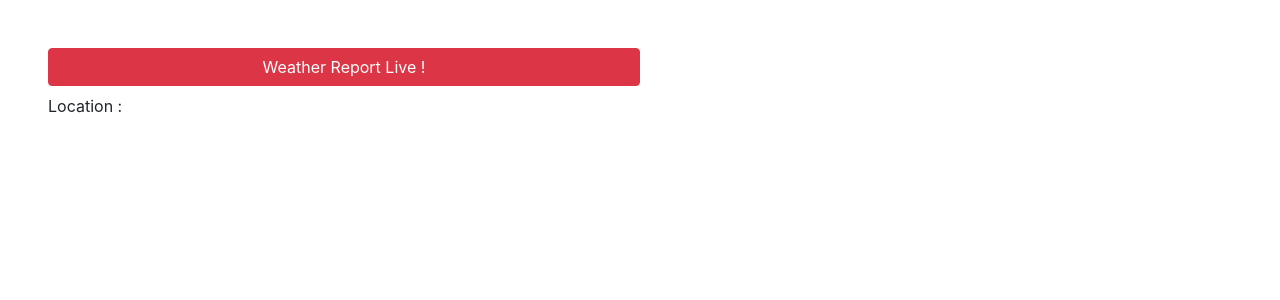
Repository: Code-Institute-Submissions/projectchen88-weatherForecast
Page: index.html
The author's editor kept a record of every edit. The page is drawn from the files as they stood at one moment, then again after the next edit.
The browser window is 1280 px wide. The pictures show the whole page.
The page's requests for data from a server got no answer.

Above is the page before.
Console error (its wording comes from the project's code and is left out).

### index.html
<!doctype html>
<html lang="en">

<head>
    <!-- Required meta tags -->
    <meta charset="utf-8">
    <meta name="viewport" content="width=device-width, initial-scale=1, shrink-to-fit=no">
    <!--AXIOS link-->
    <script src="https://unpkg.com/axios/dist/axios.min.js"></script>
    <!-- Bootstrap CSS -->
    <link rel="stylesheet" href="https://stackpath.bootstrapcdn.com/bootstrap/4.4.1/css/bootstrap.min.css" integrity="sha384-Vkoo8x4CGsO3+Hhxv8T/Q5PaXtkKtu6ug5TOeNV6gBiFeWPGFN9MuhOf23Q9Ifjh" crossorigin="anonymous">
   <!--Custom CSS-->
    <link rel="stylesheet" href="styles/style.css" type="text/css" />
    <title>Hello, world!</title>
</head>

<body>
    <main class='container-fluid p-5'>
        <div class="mx-auto">
        <h1 class='btn btn-danger w-50'> Weather Report Live ! </h1>

        <div>Location : <span id='location'></span></div>


        </div>
    </main>


    <!-- Optional JavaScript -->
    <!-- jQuery first, then Popper.js, then Bootstrap JS -->
    <script src="https://code.jquery.com/jquery-3.4.1.js" integrity="sha256-WpOohJOqMqqyKL9FccASB9O0KwACQJpFTUBLTYOVvVU=" crossorigin="anonymous"></script>
    <script src="https://cdn.jsdelivr.net/npm/popper.js@1.16.0/dist/umd/popper.min.js" integrity="sha384-Q6E9RHvbIyZFJoft+2mJbHaEWldlvI9IOYy5n3zV9zzTtmI3UksdQRVvoxMfooAo" crossorigin="anonymous"></script>
    <script src="https://stackpath.bootstrapcdn.com/bootstrap/4.4.1/js/bootstrap.min.js" integrity="sha384-wfSDF2E50Y2D1uUdj0O3uMBJnjuUD4Ih7YwaYd1iqfktj0Uod8GCExl3Og8ifwB6" crossorigin="anonymous"></script>
    <!--Custom JS script-->
    <script type="text/javascript" src="scripts/script.js"></script>
</body>

</html>

### scripts/script.js
/*  global $ axios */

var source1 = "https://api.data.gov.sg/v1/environment/2-hour-weather-forecast"
var source2 = "https://api.data.gov.sg/v1/environment/4-day-weather-forecast"
var forecastData =[]
var tempData =[]
var option =[]
var status


//AXIO TO GET DATA FROM JSON FILE (local)
function getForecast(callback) {
  axios.get(source1)
    .then(function(response) {
      let result = response.data;
      console.log(result)
      callback(result)
    })
}
function getTemp(callback) {
  axios.get(source2)
    .then(function(response) {
      let result = response.data.items[0].forecasts;
      console.log(result)
      callback(result)
    })
}
function displayDailyForecast( day ) {
  document.getElementById("forecast-title").innerHTML="Weather Forecast for date : " +tempData[day].date
  document.getElementById("forecast").innerHTML=tempData[day].forecast
  document.getElementById("humidity-high").innerHTML=tempData[day].relative_humidity.high
  document.getElementById("humidity-low").innerHTML=tempData[day].relative_humidity.low
  document.getElementById("temperature-high").innerHTML=tempData[day].temperature.high
  document.getElementById("temperature-low").innerHTML=tempData[day].temperature.low
  document.getElementById("wind-direction").innerHTML="The wind will be blowing in the "+tempData[day].wind.direction+" direction"
  document.getElementById("wind-speed-high").innerHTML=tempData[day].wind.speed.high
  document.getElementById("wind-speed-low").innerHTML=tempData[day].wind.speed.low

}
getTemp(function(data){
  tempData = data;
  tempData.count = 0 // tracker for the day result that is displayed
  displayDailyForecast (tempData.count)
  document.getElementById("forecast").innerHTML=tempData[0].forecast
})

getForecast( function(data) {
    forecastData = data
    status = forecastData.api_info.status
    document.getElementById("status").innerHTML = status;

    let forecastsArea = forecastData.items[0].forecasts

    var select = document.getElementById("select");
    for (let item in forecastsArea) {
      var el = document.createElement("option");
      el.textContent = forecastsArea[item].area;
      el.value = forecastsArea[item].area;
      select.appendChild(el);
    }
})

$ (function () {
  // $('#prev-day').hide();

  // Set the date of today to be displayed
  var d = new Date();
  var weekday = new Array(7);
  weekday[0] = "Sunday";
  weekday[1] = "Monday";
  weekday[2] = "Tuesday";
  weekday[3] = "Wednesday";
  weekday[4] = "Thursday";
  weekday[5] = "Friday";
  weekday[6] = "Saturday";
  var strDate = weekday[d.getDay()] + " : " + d.getDate() + " Day " + (d.getMonth()+1) + " Month " + d.getFullYear() + " Year " ;
  $('#dateToday').text(strDate)

  // Detect for change in option change in selection of area and display the weather
  $('#select').change(function(){
    // displayWeather()
    let forecastsArea = forecastData.items[0].forecasts
    for (let item in forecastsArea) {
      var select = $('#select').val()
      if (select == forecastsArea[item].area)
      $('#weather').text("The weather at "+ forecastsArea[item].area +" is expected to be "+forecastsArea[item].forecast)
    }
  })

  // Detect for change to view. forecast for next day
  $('#next-day').click( function () {
    if (tempData.count < 3) {
      tempData.count ++ ;
      displayDailyForecast(tempData.count)
      if (tempData.count >= 3) {
        // $('#next-day').hide()
      }
      $('#prev-day').text('<<')
    }
    else {
      $('#next-day').text('>>|')
    }
  })

  $('#prev-day').on('click', function () {
   if (tempData.count >= 0) {
      tempData.count -- ;
      displayDailyForecast(tempData.count)
      if (tempData.count <= 0 ) {
        $('#next-day').text(">>")
      }
      $('#prev-day').text('|<<')
    }
  })
})

Loaded but not shown: styles/style.css (common file)

After the next edit:
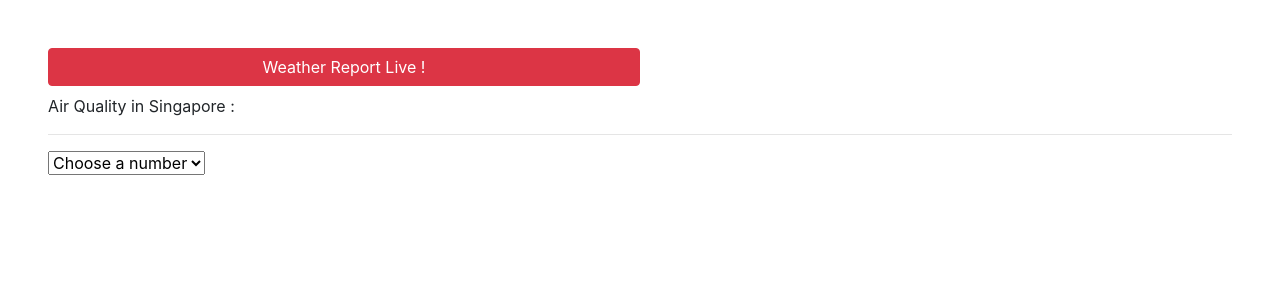
The edit:
--- a/index.html
+++ b/index.html
@@ -19,8 +19,12 @@
         <div class="mx-auto">
         <h1 class='btn btn-danger w-50'> Weather Report Live ! </h1>
 
-        <div>Location : <span id='location'></span></div>
+        <div> Air Quality in Singapore : <span id='status'></span></div>
 
+        <hr/>
+        <select id="select">
+            <option>Choose a number</option>
+        </select>
 
         </div>
     </main>
